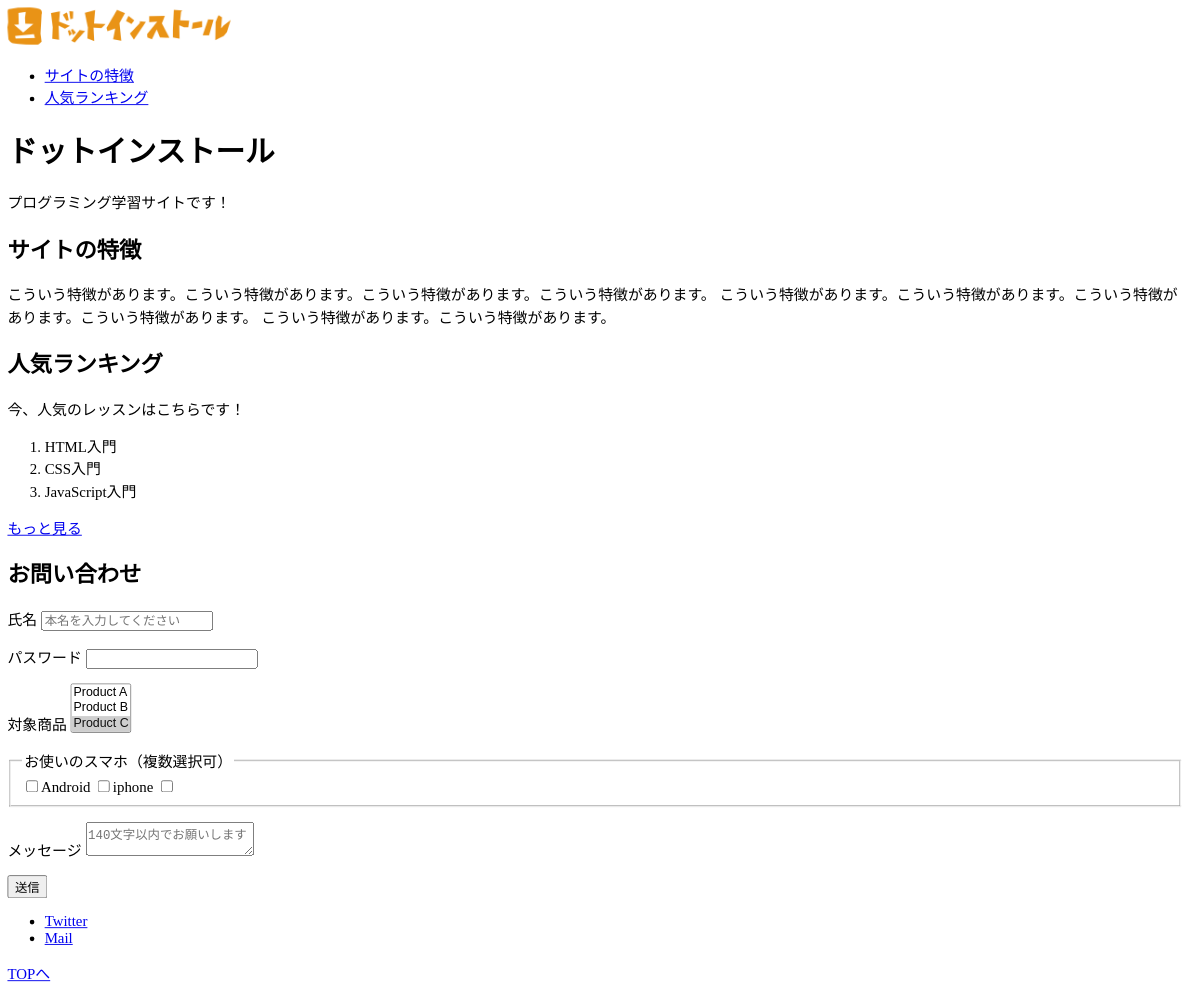
Repository: kojimayu/dotinstall-html
Page: index.html
An editor plug-in stored every save of this project. The page is shown before and after the next save, followed by the edit.
The browser window is 1280 px wide. The pictures show the whole page, at 93% of full size.

Above is the page before, as saved 2019-04-05 09:35:57.

### index.html
<!DOCTYPE html>
<html lang="ja">

<head>
    <meta charset="UTF-8">
    <title>ドットインストール</title>
    <meta name="description" content="プログラミング学習サイトのドットインストールです。">
    <link rel="icon" href="img/favicon.ico">
</head>

<body>
    <img src="img/logo.png" alt="ドットインストールのロゴです" width="240" height="40">

    <ul>
        <li><a href="#features">サイトの特徴</a></li>
        <li><a href="#ranking">人気ランキング</a></li>
    </ul>

    <h1>ドットインストール</h1>
    <p>プログラミング学習サイトです！</p>

    <h2 id="features">サイトの特徴</h2>
    <p>こういう特徴があります。こういう特徴があります。こういう特徴があります。こういう特徴があります。
        こういう特徴があります。こういう特徴があります。こういう特徴があります。こういう特徴があります。
        こういう特徴があります。こういう特徴があります。
    </p>

    <h2 id="ranking">人気ランキング</h2>
    <p>今、人気のレッスンはこちらです！</p>
    <ol>
        <li>HTML入門</li>
        <li>CSS入門</li>
        <li>JavaScript入門</li>
    </ol>
    <p><a href="more_lessons.html">もっと見る</a></p>

    <h2>お問い合わせ</h2>
    <form>
        <p>
            <label for="name">氏名</label>
            <!-- <input type="text" id="name" value="名無しです"> -->
            <input type="text" id="name" placeholder="本名を入力してください">
        </p>
        <p>
            <label for="pwd">パスワード</label>
            <input type="password" id="pwd">
        </p>
        <p>
            <label for="product">対象商品</label>
            <select id="product" size="3" multiple>
                <option>Product A</option>
                <option>Product B</option>
                <option selected>Product C</option>
                <option>Product D</option>
                <option>Product F</option>
            </select>
        </p>

        <fieldset>
            <legend>お使いのスマホ（複数選択可）</legend>
            <input type="checkbox" id="android"><label for="android">Android</label>
            <input type="checkbox" id="iphone"><label for="iphone">iphone</label>
            <input type="checkbox" id="android"><label for="android"></label>
        </fieldset>

        <p>
            <label for="messege">メッセージ</label>
            <textarea id="messege" placeholder="140文字以内でお願いします"></textarea>
        </p>
        <p>
            <button>送信</button>
        </p>
    </form>
    <ul>
        <li><a href="https://twitter.com/dotinstall" target="_blank">Twitter</a></li>
        <li><a href="mailto:taguch@gmail.com" target="_blank">Mail</a></li>
    </ul>

    <p><a href="#top">TOPへ</a></p>
</body>

</html>

After the next save:
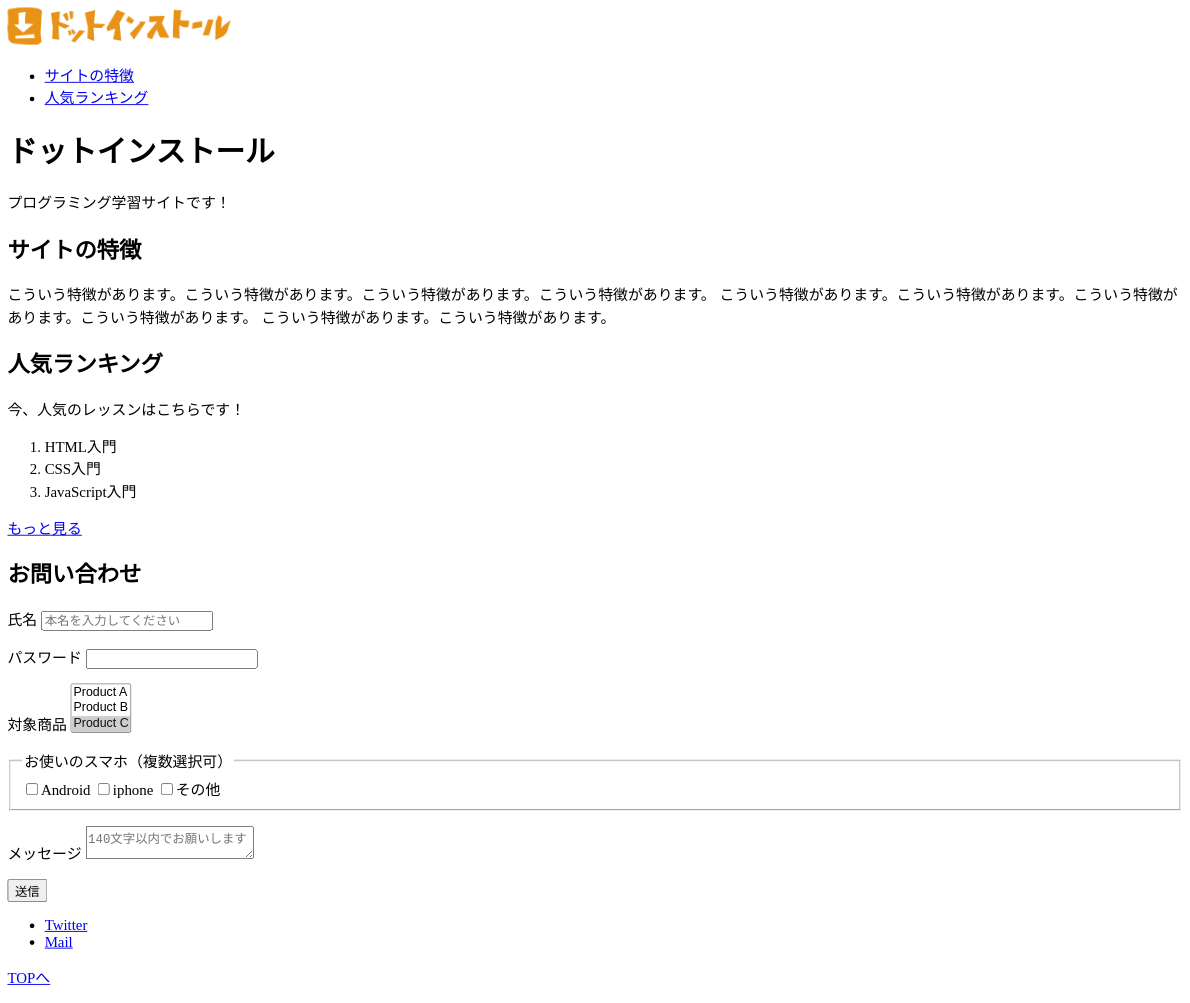
Saved 94 s later.
--- a/index.html
+++ b/index.html
@@ -60,7 +60,7 @@
             <legend>お使いのスマホ（複数選択可）</legend>
             <input type="checkbox" id="android"><label for="android">Android</label>
             <input type="checkbox" id="iphone"><label for="iphone">iphone</label>
-            <input type="checkbox" id="android"><label for="android"></label>
+            <input type="checkbox" id="other"><label for="other">その他</label>
         </fieldset>
 
         <p>
